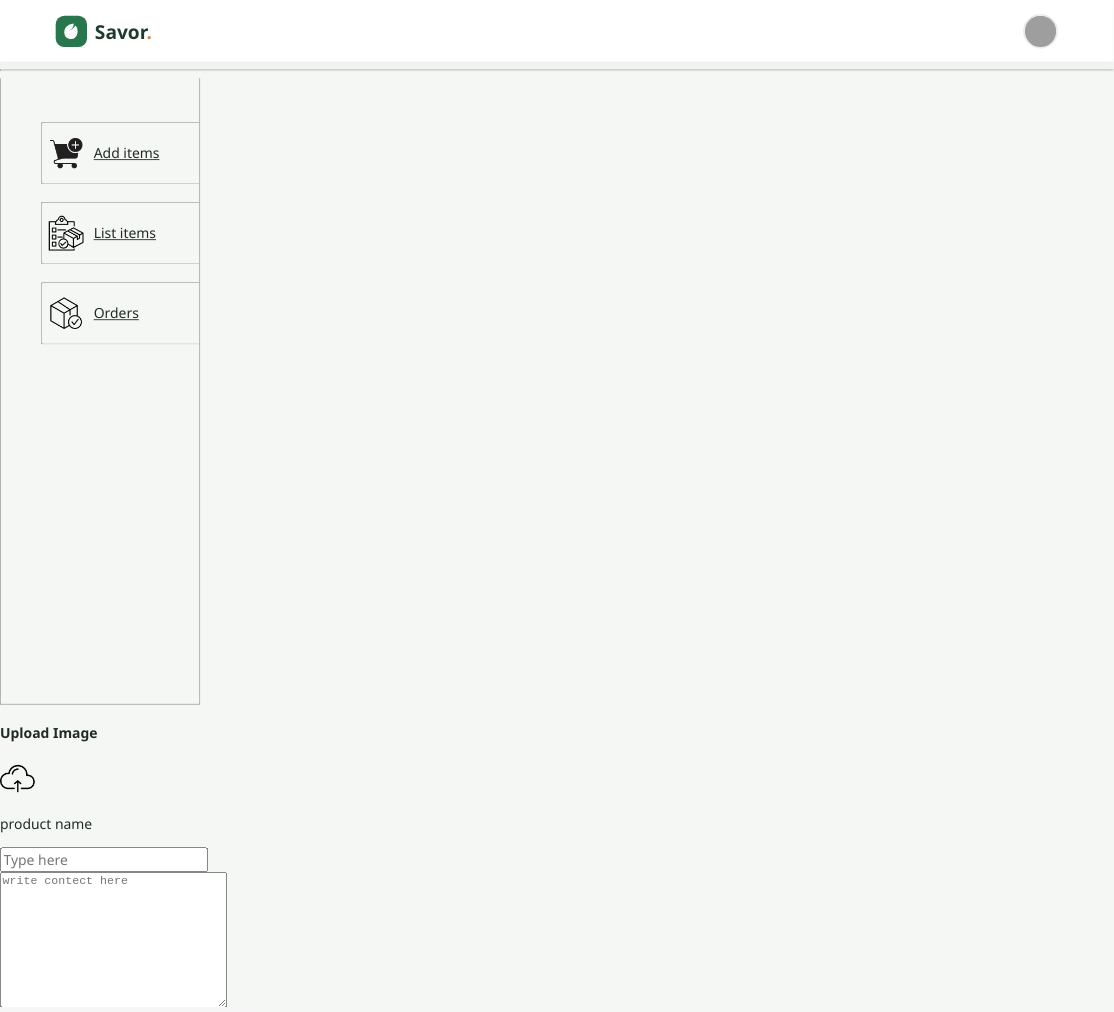
Repository: prince44991/Ecommerce-Project-Full-Stack
Page: /Additem (app in admin/my-react-app/)
These files come from the project's save history. The page is drawn as it stood at one moment and after the next save; the edit follows.
The browser window is 1280 px wide. The pictures show the whole page, at 87% of full size.
Pictures or frames that could not be fetched are drawn as grey boxes. The project was rebuilt for these pictures with package versions that can differ from the ones it lists, and the page was loaded fresh each time. Also part of the build but not shown: admin/my-react-app/vite.config.js, admin/my-react-app/src/pages/Order/Order.jsx, admin/my-react-app/src/pages/List/List.jsx.

Above is the page before, as saved 2026-09-29 20:56:13.

### admin/my-react-app/index.html
<!doctype html>
<html lang="en">
  <head>
    <meta charset="UTF-8" />
    <link rel="icon" type="image/svg+xml" href="/favicon.svg" />
    <meta name="viewport" content="width=device-width, initial-scale=1.0" />
    <title>my-react-app</title>
  </head>
  <body>
    <div id="root"></div>
    <script type="module" src="/src/main.jsx"></script>
  </body>
</html>

### admin/my-react-app/src/index.css
:root {
  font-family: 'DM Sans', 'Segoe UI', sans-serif;
  font-synthesis: none;
  text-rendering: optimizeLegibility;
  -webkit-font-smoothing: antialiased;
  -moz-osx-font-smoothing: grayscale;
  font-optical-sizing: auto;
  font-weight: 400;
  color: #202a27;
  background: #f5f7f5;
}

* {
  box-sizing: border-box;
}

body {
  min-width: 320px;
  min-height: 100vh;
  margin: 0;
}

button,
input {
  font: inherit;
}

a {
  color: inherit;
}

### admin/my-react-app/src/App.jsx
import Navbar from './components/Navbar/Navbar.jsx'
import Sliderbar from './components/Sliderbar/Sliderbar.jsx'
import { BrowserRouter, Route, Routes } from "react-router-dom"
import Add from './pages/Add/Add.jsx'
import Order from './pages/Order/Order.jsx'
import List from './pages/List/List.jsx'
function App() {
  return (
    <>
    <BrowserRouter>
    <Navbar />
    <hr/>
    <Sliderbar/>
    <Routes>
      <Route path='/Additem' element={<Add/>} />
      <Route path='/Listitem' element={<List/>} />
      <Route path='/Orders' element={<Order/>} />
    </Routes>
    </BrowserRouter>
    </>
  )
}

export default App

### admin/my-react-app/src/components/Navbar/Navbar.jsx
import React from 'react'
import './Navbar.css'

const Navbar = () => {
  return (
    <header className="navbar">
      <a className="navbar__brand" href="#dashboard" aria-label="Savor admin dashboard">
        <span className="navbar__logo" aria-hidden="true">
          <svg viewBox="0 0 32 32" fill="none">
            <path d="M16 27c-6.2 0-10-4.2-10-9.7C6 11.6 10.5 6 19.5 5c-.2 5.6-2.7 8.3-6.8 10.2 3.4-1.1 7-3.7 9.2-7.4C27.7 14 24.8 27 16 27Z" fill="currentColor" />
            <path d="M9 23c3.2-4.2 6.1-6.3 10.8-8.4" stroke="white" strokeWidth="1.8" strokeLinecap="round" />
          </svg>
        </span>
        <span className="navbar__name">Savor<span>.</span></span>
      </a>

      <img
        className="navbar__avatar"
        src="https://images.unsplash.com/photo-1534528741775-53994a69daeb?auto=format&fit=crop&w=128&h=128&q=80"
        alt="Admin profile"
      />
    </header>
  )
}

export default Navbar

### admin/my-react-app/src/components/Sliderbar/Sliderbar.jsx
import React from 'react'
import './Sliderbar.css'
import item from '../../assets/add-to-cart.png';
import list from '../../assets/list-items.png';
import order from '../../assets/package.png';
import { NavLink } from 'react-router-dom';
const Sliderbar = () => {
  return (
    <div>
    <div className="sidebar">
        <div className="sidbar-options">
            <div className="sidbar-option">
                <img src={item} alt="" />
                <NavLink to="/Additem"><p className='par'>Add items</p></NavLink>
            </div>
            <div className="sidbar-option">
                <img src={list} alt="" />
                <NavLink to="/Listitem"><p className='par'>List items</p></NavLink>
            </div>
            <div className="sidbar-option">
                <img src={order} alt="" />
                <NavLink to="/Orders"><p className='par'>Orders</p></NavLink>
            </div>
        </div>
    </div>
    </div>
  )
}

export default Sliderbar

### admin/my-react-app/src/pages/Add/Add.jsx
/** @format */

import React from "react";
import cloud from "../../assets/cloud-computing.png";
const Add = () => {
  return (
    <div className="add">
      <form>
        <div className="add-img-upload flex-col">
          <h4>Upload Image</h4>
          <label htmlFor="image">
            <img src={cloud} />
          </label>
          <input type="file" id="image" hidden required />
        </div>
        <div className="add-product-name flex-col">
          <p>product name</p>
          <input type="text" name="name" placeholder="Type here" id="image" />
        </div>
        <div className="add-product-description">
         <textarea name='description' rows="10" cols="30" placeholder="write contect here"></textarea>
        </div>
      </form>
    </div>
  );
};

export default Add;

### admin/my-react-app/src/components/Navbar/Navbar.css
.navbar {
	display: flex;
	width: 100%;
	min-height: 72px;
	align-items: center;
	justify-content: space-between;
	gap: 24px;
	padding: 0 clamp(18px, 5vw, 64px);
	border-bottom: 1px solid #e8eeea;
	background: #fff;
	box-shadow: 0 3px 14px rgb(30 59 43 / 5%);
}

.navbar__brand {
	display: inline-flex;
	flex: 0 0 auto;
	align-items: center;
	gap: 9px;
	color: #203a2d;
	text-decoration: none;
}

.navbar__logo {
	display: grid;
	width: 36px;
	height: 36px;
	place-items: center;
	border-radius: 10px;
	color: #fff;
	background: #28754e;
}

.navbar__logo svg {
	width: 26px;
	height: 26px;
}

.navbar__name {
	font-size: 22px;
	font-weight: 700;
}

.navbar__name span {
	color: #d98750;
}

.navbar__avatar {
	width: 40px;
	height: 40px;
	flex: 0 0 auto;
	border: 2px solid #e7eee9;
	border-radius: 50%;
	object-fit: cover;
	object-position: center 38%;
}

.navbar__brand:focus-visible {
	outline: 2px solid #28754e;
	outline-offset: 4px;
}

@media (max-width: 560px) {
	.navbar {
		min-height: 64px;
		gap: 18px;
		padding: 0 18px;
	}
}

### admin/my-react-app/src/components/Sliderbar/Sliderbar.css
img{
    width: 40px;
}

.sidebar{
    width: 18%;
     min-height: 100vh;
    border: 1.5px solid #a9a9a9;
    border-top: 0;
}
.sidbar-options{
    padding-top: 50px;
    padding-left: 20%;
    display: flex;
    flex-direction: column;
    gap: 20px;
}
.sidbar-option{
    display: flex;
     align-items: center;
    gap: 12px;
    border: 1px solid #a9a9a9;
    border-right: 0;
    padding: 8px;
    border-radius: 3px 0px 0px 3px;
    cursor: pointer;
     /* text-decoration: none; */
}
.par{
    text-decoration: none;
}

Loaded but not shown: admin/my-react-app/src/main.jsx (common file)

After the next save:
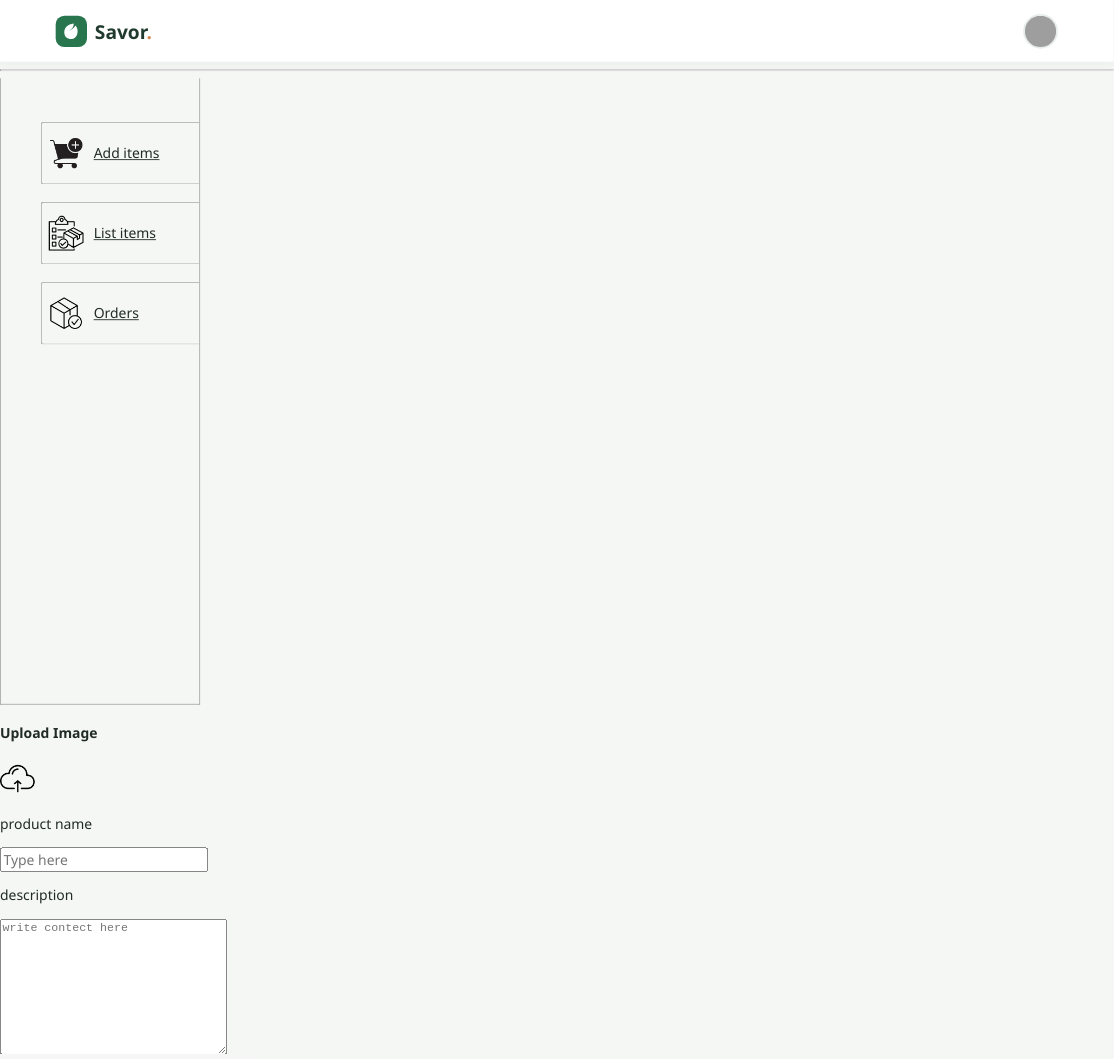
Saved 32 s later.
--- a/admin/my-react-app/src/pages/Add/Add.jsx
+++ b/admin/my-react-app/src/pages/Add/Add.jsx
@@ -18,6 +18,7 @@ const Add = () => {
           <input type="text" name="name" placeholder="Type here" id="image" />
         </div>
         <div className="add-product-description">
+          <p>description</p>
          <textarea name='description' rows="10" cols="30" placeholder="write contect here"></textarea>
         </div>
       </form>
